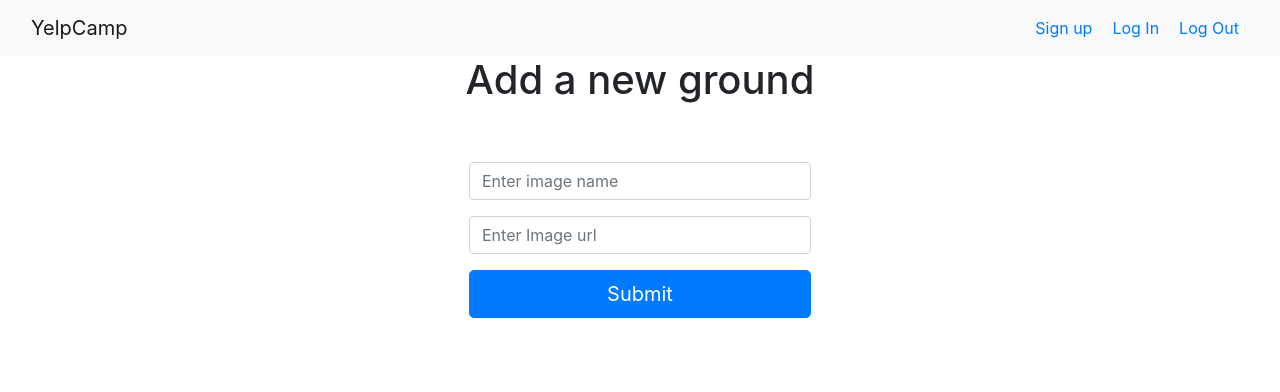
Repository: N-Verma/Webdev-Backend-
Page: http://localhost/campgrounds/new
The author's editor kept a record of every edit. The page is drawn from the files as they stood at one moment, then again after the next edit.
The browser window is 1280 px wide. The pictures show the whole page.
The page is served by the project's Node server (YelpCamp/v2/app.js).

Above is the page before.

After the next edit:
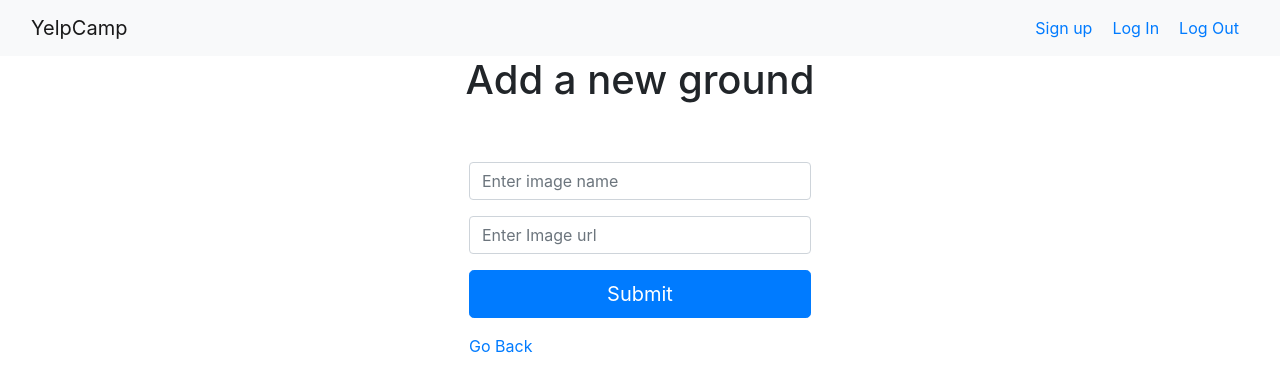
The edit:
--- a/Web dev (backend)/environment/YelpCamp/v2/views/new.ejs
+++ b/Web dev (backend)/environment/YelpCamp/v2/views/new.ejs
@@ -16,6 +16,7 @@
                 </div>
 
             </form>
+            <a href="/campgrounds">Go Back</a>
         </div>
     </div>
 
